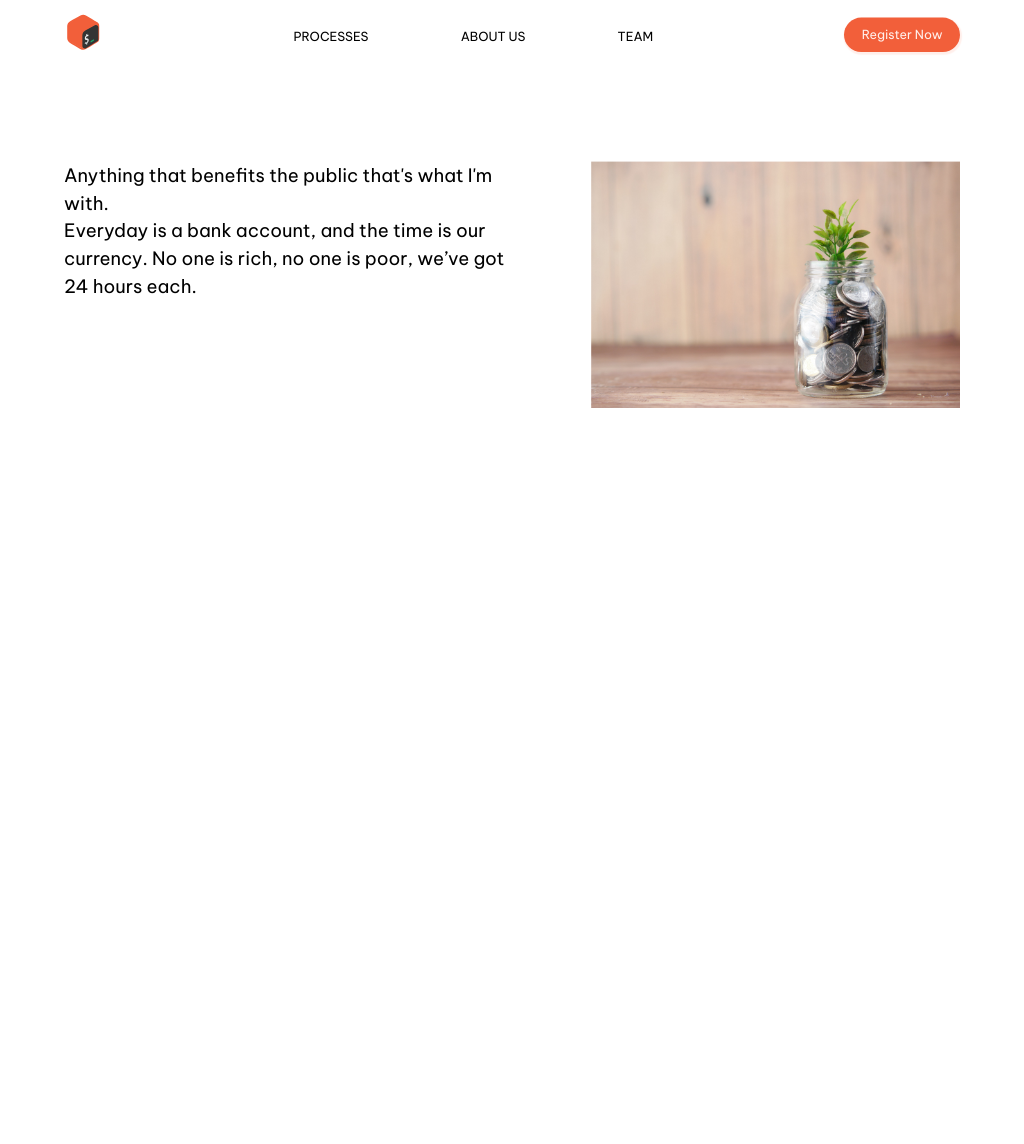
Repository: Esraa22M/Banking_Site
Page: index.html
An editor plug-in stored every save of this project. The page is shown before and after the next save, followed by the edit.
The browser window is 1280 px wide. The pictures show the whole page, at 80% of full size.

Above is the page before, as saved 2022-11-01 00:53:03.

### index.html
<!DOCTYPE html>
<html lang="en">

<head>
    <meta charset="UTF-8">
    <meta http-equiv="X-UA-Compatible" content="IE=edge">
    <meta name="viewport" content="width=device-width, initial-scale=1.0">
    <title>Document</title>
    <!-- font family link -->
    <link rel="preconnect" href="https://fonts.googleapis.com">
    <link rel="preconnect" href="https://fonts.gstatic.com" crossorigin>
    <link href="https://fonts.googleapis.com/css2?family=Be+Vietnam+Pro:wght@400;500;700&display=swap" rel="stylesheet">
    <!-- external style sheet link -->
    <link rel="stylesheet" href="style.css">
</head>

<body>
    <header class="primary__header">
        <div class="navgation__wrapper container"> <a href="#"><img src="./images/logo.svg" /></a>
            <button class="humberger__button_toggle--container" aria-expanded="false"
                aria-controls="controls the navigation menu's open and closing">
                <span class="sr-only">Nagivation menu</span>
                <span class="button__close hidden-sm" aria-hidden="true">x</span>
                <span class="button__open" aria-hidden="true"></span>
            </button>
            <nav class="primary__navigation">
                <ul role="list" class="primary__navigation--list hidden-sm">
                    <li class="primary__navigation-item">
                        <a href="#section__1" class="primary__navigation-link">processes</a>
                    </li>
                    <li class="primary__navigation-item">
                        <a href="#section__2" class="primary__navigation-link">About us</a>
                    </li>
                    <li class="primary_navigation-item">
                        <a href="#section__3" class="primary__navigation-link">Team</a>
                    </li>

                </ul>
            </nav>
            <a href="#" class="register__button" role="open new account">Register Now</a>
        </div>
        <section class="Intro even-columns container">
            <div>
                <h2 class="intro__header">Anything that benefits the public that's what I'm
                    with.</h2>
                <p class="intro__sub--header">
                    Everyday is a bank account, and the time is our currency. No one is rich,
                    no
                    one is poor, we’ve got 24 hours each.</p>
            </div>
            <div>
                <img src="./images/baning_intro.jpg" alt="money grow" class="intro__image">
            </div>
        </section>
    </header>
    <main>
        <section class="modal container hidden">
            <button class="modal__close--button">
                <span>&times;</span>
            </button>
            <h2 class="modal--header">Open your bank account</h2>
            <form class="create__account--form">
                <figure class="form__logo--wrapper">
                    <img src="images/form_logo.svg" alt="human" class="form__logo">
                    <figcaption class="sr-only">a batman image is a logo for the registeration form</figcaption>
                </figure>
                <div class="first_name--wrapper"><label for="first name" class="sr-only">First Name:</label>
                    <input type="text" class="first_name" placeholder="Enter your First Name" />
                </div>
                <div class="last_name--wrapper"><label for="last name" class="sr-only">Last Name:</label>
                    <input type="text" class="last_name" placeholder="Enter your Last Name" />
                </div>
                <div class="email--wrapper"><label for=" email" class="sr-only">Email:</label>
                    <input type="email" class="email" placeholder="Enter your Email" />
                </div>
                <div class="create_account--button__wrapper">
                    <button type="submit" class="register__button create_account--button">Next Step &rarr;</button>
                </div>
            </form>
        </section>
        <div class="overlay hidden"></div>
    </main>
    <script src="main.js"></script>

</body>

</html>

### style.css
:root {
  --clr-accent-400: hsl(12, 88%, 59%);
  --clr-accent-100: hsl(13, 100%, 96%);
  --clr-primary-400: hsl(228, 39%, 23%);
  --clr-neutral-100: hsl(232, 12%, 13%);
  --clr-neutral-900: hsl(0 0% 0%);
  --ff-primary: "Be Vietnam Pro", sans-serif;
  --fw-regular: 400;
  --fw-semi-bold: 500;
  --fw-bold: 700;
  --fs-300: 0.8125rem;
  --fs-400: 0.875rem;
  --fs-500: 0.9375rem;
  --fs-600: 1rem;
  --fs-650: 1.2rem;
  --fs-700: 1.875rem;
  --fs-800: 2.5rem;
  --fs-900: 3.5rem;
  /* fontsize setup for mobile screen and tablet */
  --fs-body: var(--fs-400);
  --fs-primary-heading: var(--fs-800);
  --fs-secondary-heading: var(--fs-700);
  --fs-nav: var(--fs-500);
  --fs-button: var(--fs-300);
}
/* for desktop screen size */
@media (min-width: 50em) {
  :root {
    --fs-body: var(--fs-650);
    --fs-primary-heading: var(--fs-900);
    --fs-secondary-heading: var(--fs-800);
    --fs-nav: var(--fs-300);
  }
}

/* style reseting refer to kevin powell */
/* Box sizing rules */
*,
*::before,
*::after {
  box-sizing: border-box;
}

/* Remove default margin */
* {
  margin: 0;
  padding: 0;
  font: inherit;
}

/* Remove list styles on ul, ol elements with a list role, which suggests default styling will be removed */
ul[role="list"],
ol[role="list"] {
  list-style: none;
}

/* Set core root defaults */
html:focus-within {
  scroll-behavior: smooth;
}

html,
body {
  font-family: var(--ff-primary);
  height: 100%;
  line-height: 1.5;
  font-size: var(--fs-body);
  z-index: 10;
}
/* utility classes */
.sr-only {
  position: absolute;
  width: 1px;
  height: 1px;
  padding: 0;
  margin: -1px;
  overflow: hidden;
  clip: rect(0, 0, 0, 0);
  border: 0;
}
.container {
  /* content width setup */
  --max-width: 1120px;
  --margin: 5%;
  width: min(var(--max-width), 100% - var(--margin));
  margin-inline: auto;
}

/* navigation style */

.navgation__wrapper {
  display: flex;
  align-items: center;
  padding: 1em 0;
  justify-content: space-between;
  font-size: var(--fs-nav);
  line-height: 1.4rem;
  position: relative;
  z-index: 2000;
}
.primary__navigation--list {
  display: flex;
  gap: 3rem;
  flex-direction: column;
}
/* nav links style */
.navgation__wrapper a {
  text-decoration: none;
}
.primary__navigation-link {
  text-transform: uppercase;
  color: var(--clr-neutral-900);
  font-weight: var(--fw-regular);
}
.primary__navigation-link:hover,
.primary__navigation-link:focus-within {
  color: var(--clr-accent-400);
}
.primary__navigation-link::before {
  content: "";
  display: block;
  height: 0.2em;
  background-color: var(--clr-accent-400);
  width: 0%;
  transition: width ease-in-out 250ms;
}
.primary__navigation-link:hover::before {
  width: 100%;
}

/* humberger button and close humberger button style */

.humberger__button_toggle--container {
  position: absolute;
  top: 1em;
  z-index: 20;
  background-color: transparent;
  border: none;
  outline: none;
  right: 1em;
}
.button__open::before,
.button__open::after,
.button__open {
  content: "";
  width: 2em;
  display: block;
  height: 3px;
  cursor: pointer;
  position: relative;
  transition: all ease-in-out 250ms;
  background-color: var(--clr-neutral-900);
}

.button__open::before {
  top: 0.6em;
}
.button__open::after {
  bottom: 0.8em;
}
.button__close {
  font-weight: var(--fw-semi-bold);
  font-size: var(--fs-700);
  transition: all ease-in-out 250ms;
}

.register__button {
  border: none;
  outline: none;
  background-color: var(--clr-accent-400);
  color: var(--clr-accent-100);
  padding: 0.5em 1.4em;
  border-radius: 100vmax;
  box-shadow: 1px 2px 0.1em 0.1em var(--clr-accent-100);
}
.register__button:hover,
.register__button:focus-within {
  box-shadow: none;
  opacity: 0.8;
}
/*navigation overlay */

.primary__header[overlay]::before {
  content: "";
  position: absolute;
  inset: 0;
  height: 100%;
  z-index: 1;
  background-image: linear-gradient(rgb(0 0 0 / 0), rgb(0 0 0 / 0.8));
}

/*popup modal style */
.modal {
  position: fixed;
  top: 50%;
  display: grid;
  z-index: 1000;
  align-items: center;
  justify-content: center;
  padding: 3em 0;
  margin-top: 2em;
  position: relative;
  max-width: 25em;
  background-color: white;
  border: 1px solid var(--clr-neutral-900);
  border-radius: 4px;
  transform-origin: top;
  transition: all 0.5s ease-in-out;
}
.modal--header {
  font-size: var(--fs-primary-heading);
  text-transform: capitalize;
  text-align: center;
}
.create__account--form {
  background-color: white;
  margin: auto;
}
.form__logo--wrapper {
  background-color: var(--clr-accent-400);
  text-align: center;
  border-radius: 50%;
  border-bottom: 0.5em solid var(--clr-neutral-900);
  margin-top: 2em;
}
.first_name,
.last_name,
.email {
  border: none;
  outline: none;
  padding: 0.5em 1em;
  margin-top: 2em;
  border-bottom: 0.5px solid gray;
  transition: border ease-in-out 500ms;
}
.first_name--wrapper::after,
.last_name--wrapper::after,
.email--wrapper::after {
  content: "";
  display: block;
  height: 0.2em;
  background-color: var(--clr-accent-400);
  width: 0%;
  transition: width ease-in-out 250ms;
}
.first_name--wrapper:focus-within::after,
.last_name--wrapper:focus-within::after,
.email--wrapper:focus-within::after {
  width: 100%;
}
.first_name--wrapper:focus-within .first_name,
.last_name--wrapper:focus-within .last_name,
.email--wrapper:focus-within .email {
  border: none;
}
.create_account--button__wrapper {
  text-align: center;
}
.create_account--button {
  margin-top: 1em;
}

.modal__close--button {
  border: none;
  outline: none;
  position: absolute;
  background-color: transparent;
  font-size: var(--fs-800);
  top: 0;
  right: 1em;
  line-height: 1.5;
}
.overlay {
  position: fixed;
  top: 0;
  left: 0;
  width: 100%;
  height: 100%;
  background-color: rgba(0, 0, 0, 0.5);
  backdrop-filter: blur(3px);
  z-index: 100;
  transform-origin: top;
  transition: all 0.5s ease-in-out;
}
/* utility class */
.hidden {
  opacity: 0;
  transform: scale(1, 0);
}
.even-columns {
  display: grid;
  grid-auto-flow: column;
  gap: 4em;
}
/* intro section */
.Intro {
  margin-top: 5em;
}
.intro__image {
  width: min(25em, 100%);
}
/* media query for mobile screen */

@media (max-width: 40em) {
  /* navigation list style */
  .navgation__wrapper {
    justify-content: space-evenly;
  }
  .primary__navigation--list {
    position: absolute;
    top: 100%;
    left: 0;
    width: 100%;
    padding: 2rem;
    display: flex;
    justify-content: center;
    background-color: white;
    box-shadow: 0 0 1px 1px var(--clr-accent-100);
    align-items: center;
    transform-origin: top;
    transition: transform 400ms ease-in-out;
  }
  .register__button {
    padding: 0.5em 1em;
    margin-right: min(3em, 12%);
  }
  /* utility class */
  .hidden-sm {
    opacity: 0;
    transform: scale(1, 0);
  }
  .modal__close--button {
    top: 0;
    right: 0.5em;
    font-size: var(--fs-secondary-heading);
    line-height: 1.5;
  }
}
@media (min-width: 40em) {
  /* navigation style */
  .register__button {
    display: block;
  }
  .primary__navigation--list {
    gap: 6rem;
    flex-direction: row;
  }

  .humberger__button_toggle--container {
    display: none;
  }
  /* modal style */
  .modal--header {
    max-width: 15ch;
    margin: auto;
  }
  /* .modal__close--button {
    top: 1em;
    right: 2em;
  } */
}

### images/logo.svg
<svg xmlns="http://www.w3.org/2000/svg"  viewBox="0 0 48 48" width="48px" height="48px" fill-rule="evenodd" clip-rule="evenodd"><linearGradient id="FAKZ2g97PrDXJBy36-66Qa" x1="35.753" x2="11.271" y1="3.643" y2="46.048" gradientUnits="userSpaceOnUse"><stop offset="0" stop-color="#f9f9f9"/><stop offset=".26" stop-color="#f0f1f2"/><stop offset=".678" stop-color="#d9dcdf"/><stop offset="1" stop-color="#c2c8cc"/></linearGradient><path fill="hsl(12, 88%, 59%)" fill-rule="evenodd" d="M22.903,3.286c0.679-0.381,1.515-0.381,2.193,0	c3.355,1.883,13.451,7.551,16.807,9.434C42.582,13.1,43,13.804,43,14.566c0,3.766,0,15.101,0,18.867	c0,0.762-0.418,1.466-1.097,1.847c-3.355,1.883-13.451,7.551-16.807,9.434c-0.679,0.381-1.515,0.381-2.193,0	c-3.355-1.883-13.451-7.551-16.807-9.434C5.418,34.899,5,34.196,5,33.434c0-3.766,0-15.101,0-18.867	c0-0.762,0.418-1.466,1.097-1.847C9.451,10.837,19.549,5.169,22.903,3.286z" clip-rule="evenodd"/><path fill="hsl(12, 88%, 59%)" d="M23.987,46.221c-1.085,0-2.171-0.252-3.165-0.757c-2.22-1.127-5.118-2.899-7.921-4.613	c-1.973-1.206-3.836-2.346-5.297-3.157C5.381,36.458,4,34.113,4,31.572V16.627c0-2.59,1.417-4.955,3.699-6.173	c3.733-1.989,9.717-5.234,12.878-7.01l0,0c2.11-1.184,4.733-1.184,6.844,0c3.576,2.007,10.369,6.064,14.252,8.513	C43.13,12.874,44,14.453,44,16.182V32c0,2.4-0.859,4.048-2.553,4.895c-0.944,0.531-2.628,1.576-4.578,2.787	c-3.032,1.882-6.806,4.225-9.564,5.705C26.27,45.942,25.128,46.221,23.987,46.221z M21.556,5.188	C18.384,6.97,12.382,10.226,8.64,12.22C7.012,13.088,6,14.776,6,16.627v14.945c0,1.814,0.987,3.49,2.576,4.373	c1.498,0.832,3.378,1.981,5.369,3.199c2.77,1.693,5.634,3.445,7.783,4.536c1.458,0.739,3.188,0.717,4.631-0.056	c2.703-1.451,6.447-3.775,9.456-5.643c1.97-1.223,3.671-2.279,4.696-2.854C41.835,34.464,42,33.109,42,32V16.182	c0-1.037-0.521-1.983-1.392-2.532c-3.862-2.435-10.613-6.467-14.165-8.461C24.913,4.331,23.086,4.331,21.556,5.188L21.556,5.188z"/><path fill="#343434" d="M22.977,41.654L22.92,28.216c-0.011-2.594,1.413-4.981,3.701-6.204l12.01-6.416	c1.998-1.068,4.414,0.38,4.414,2.646v14.73c0,1.041-0.54,2.008-1.426,2.554l-14.068,8.668	C25.557,45.424,22.987,43.996,22.977,41.654z"/><linearGradient id="FAKZ2g97PrDXJBy36-66Qb" x1="32.281" x2="23.433" y1="26.55" y2="41.876" gradientUnits="userSpaceOnUse"><stop offset="0" stop-color="#f9f9f9"/><stop offset=".26" stop-color="#f0f1f2"/><stop offset=".678" stop-color="#d9dcdf"/><stop offset="1" stop-color="#c2c8cc"/></linearGradient><path fill="url(#FAKZ2g97PrDXJBy36-66Qb)" d="M28.799,26.274	c0.123-0.063,0.225,0.014,0.227,0.176l0.013,1.32c0.552-0.219,1.032-0.278,1.467-0.177c0.095,0.024,0.136,0.153,0.098,0.306	l-0.291,1.169c-0.024,0.089-0.072,0.178-0.132,0.233c-0.026,0.025-0.052,0.044-0.077,0.057c-0.04,0.02-0.078,0.026-0.114,0.019	c-0.199-0.045-0.671-0.148-1.413,0.228c-0.778,0.395-1.051,1.071-1.046,1.573c0.007,0.601,0.315,0.783,1.377,0.802	c1.416,0.023,2.027,0.643,2.042,2.067c0.016,1.402-0.733,2.905-1.876,3.826l0.025,1.308c0.001,0.157-0.1,0.338-0.225,0.4	l-0.775,0.445c-0.123,0.063-0.225-0.014-0.227-0.172l-0.013-1.286c-0.664,0.276-1.334,0.342-1.763,0.17	c-0.082-0.032-0.117-0.152-0.084-0.288l0.28-1.181c0.022-0.092,0.071-0.186,0.138-0.246c0.023-0.023,0.048-0.04,0.072-0.053	c0.044-0.022,0.087-0.027,0.124-0.013c0.462,0.155,1.053,0.082,1.622-0.206c0.722-0.365,1.206-1.102,1.198-1.834	c-0.007-0.664-0.366-0.939-1.241-0.946c-1.113,0.002-2.151-0.216-2.168-1.855c-0.014-1.35,0.688-2.753,1.799-3.641l-0.013-1.319	c-0.001-0.162,0.098-0.34,0.225-0.405L28.799,26.274z"/><path fill="#21a366" d="M37.226,34.857l-3.704,2.185c-0.109,0.061-0.244-0.019-0.244-0.143v-1.252	c0-0.113,0.061-0.217,0.16-0.273l3.704-2.185c0.111-0.061,0.246,0.019,0.246,0.145v1.248C37.388,34.697,37.326,34.801,37.226,34.857"/></svg>

### main.js
/* navigation sm screen */
let navToggle = document.querySelector(".humberger__button_toggle--container");
let button__open = document.querySelector(".button__open");
let primary__navigation = document.querySelector(".primary__navigation");
let primary__navigation_list = document.querySelector(
  ".primary__navigation--list"
);
let button__close = document.querySelector(".button__close");
let primary__header = document.querySelector(".primary__header");
navToggle.addEventListener("click", () => {
  if (!primary__navigation.hasAttribute("data-visible")) {
    navToggle.setAttribute("aria-expanded", true);
    button__open.setAttribute("aria-hidden", true);
    button__close.setAttribute("aria-hidden", false);
  } else {
    primary__navigation.removeAttribute("data-visible");
    navToggle.setAttribute("aria-expanded", false);
    button__open.setAttribute("aria-hidden", false);
    button__close.setAttribute("aria-hidden", true);
  }
  primary__navigation.toggleAttribute("data-visible");

  button__open.classList.toggle("hidden-sm");
  button__close.classList.toggle("hidden-sm");
  primary__header.toggleAttribute("overlay");
  primary__navigation_list.classList.toggle("hidden-sm");
});

/* model window handling */
let modal = document.querySelector(".modal");
let close_modal = document.querySelector(".modal__close--button");
let open_modal = document.querySelector(".register__button");
let overlay = document.querySelector(".overlay");

/*handle open modal */
let openModal = (e) => {
  console.log(e);
  e.preventDefault();
  modal.classList.remove("hidden");
  overlay.classList.remove("hidden");
};
open_modal.addEventListener("click", openModal);

/*handle close modal */
let closeModal = (e) => {
  e.preventDefault();
  modal.classList.add("hidden");
  overlay.classList.add("hidden");
};
close_modal.addEventListener("click", closeModal);

After the next save:
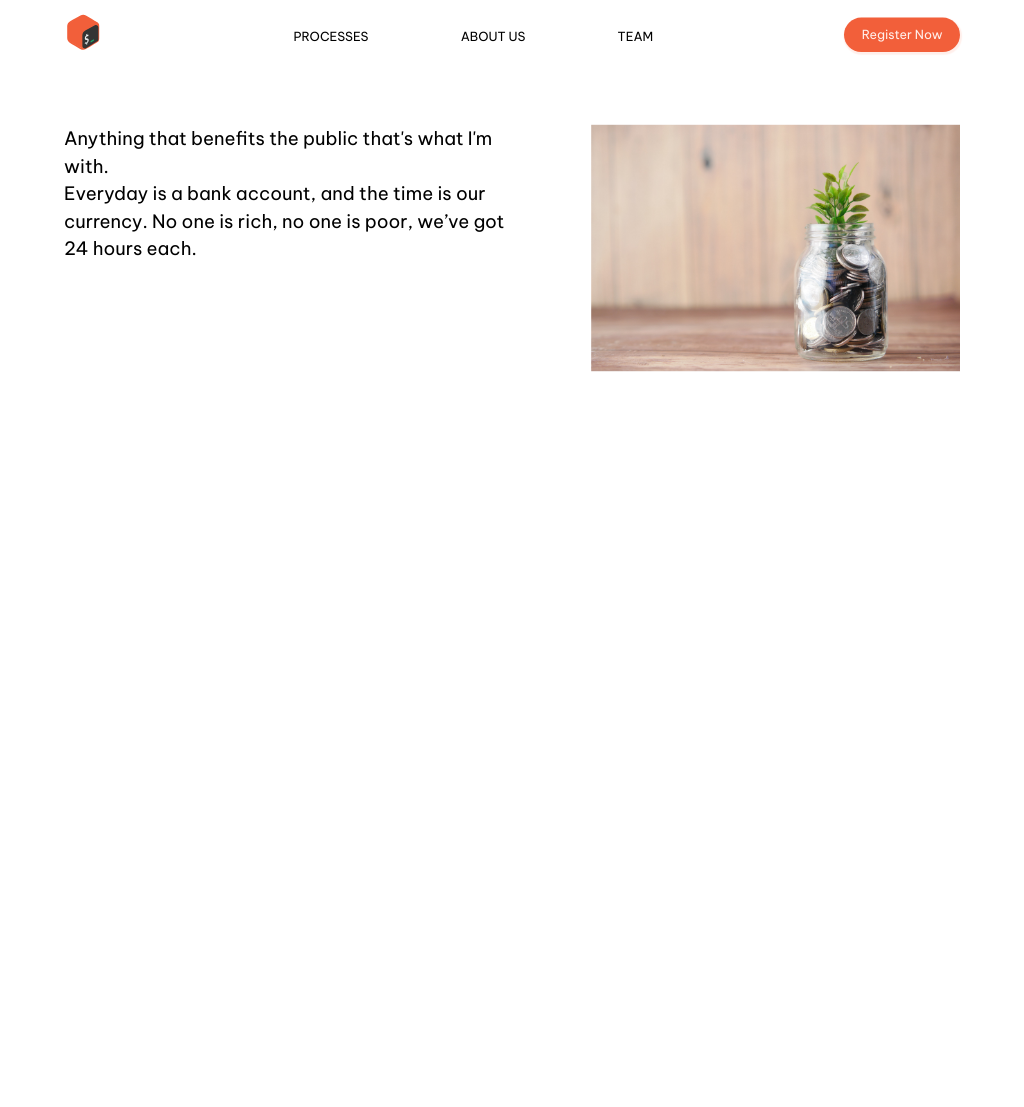
Saved 8 s later.
--- a/style.css
+++ b/style.css
@@ -294,7 +294,7 @@
 }
 /* intro section */
 .Intro {
-  margin-top: 5em;
+  margin-top: 3em;
 }
 .intro__image {
   width: min(25em, 100%);
